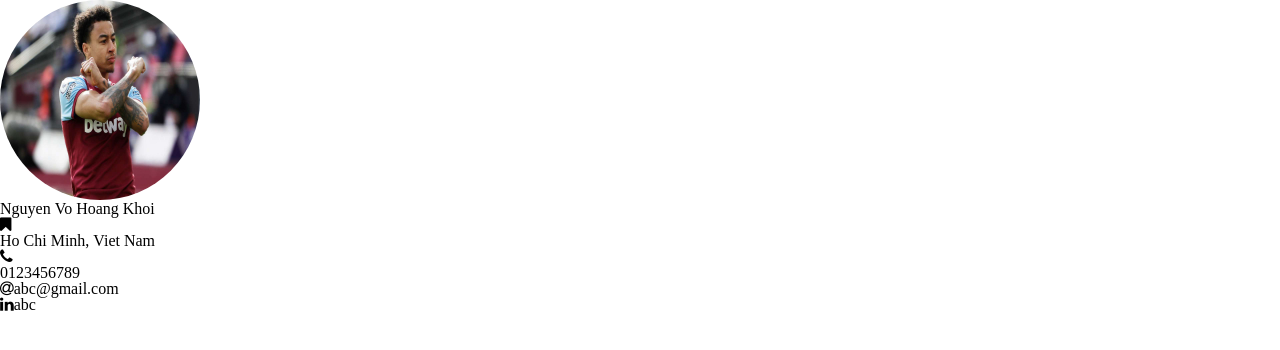
Repository: khoibanh113/mycv
Page: /
An editor plug-in stored every save of this project. The page is shown before and after the next save, followed by the edit.
The browser window is 1280 px wide. The pictures show the whole page.
The project was rebuilt for these pictures with package versions that can differ from the ones it lists, and the page was loaded fresh each time.

Above is the page before, as saved 2021-03-30 10:23:35.

After the next save:
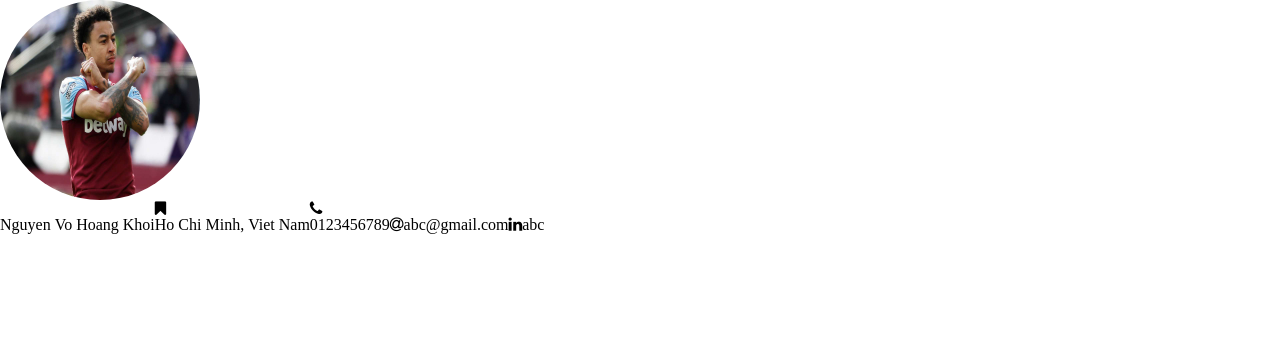
Saved 8 s later.
--- a/src/css/contact.css
+++ b/src/css/contact.css
@@ -1,3 +1,3 @@
 .container-contact{
-    display: grid;
+    /* display: grid; */
 }
